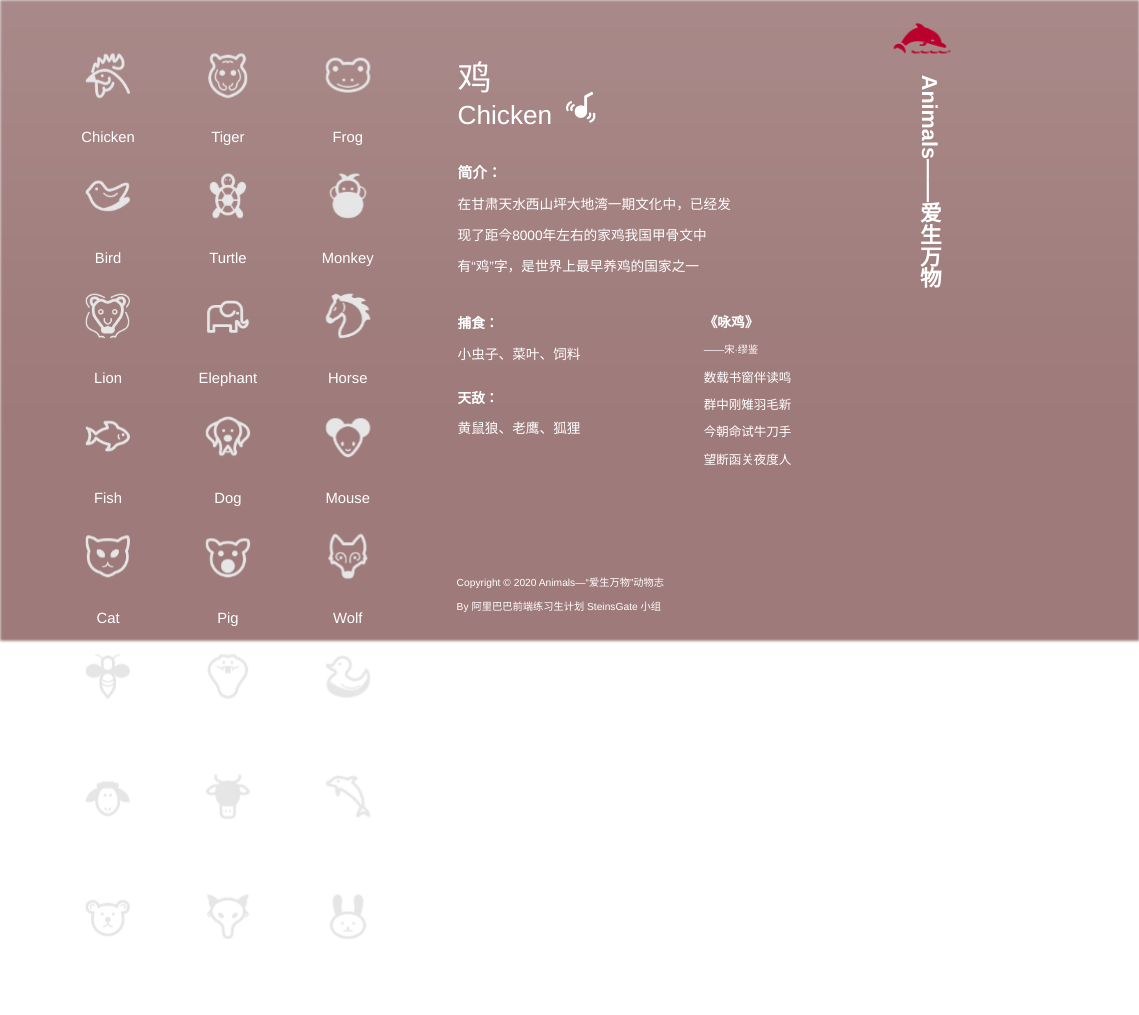
Repository: Whiskeyi/Animals
Page: /
An editor plug-in stored every save of this project. The page is shown before and after the next save, followed by the edit.
The browser window is 1280 px wide. The pictures show the whole page, at 89% of full size.
The project was rebuilt for these pictures with package versions that can differ from the ones it lists, and the page was loaded fresh each time.

Above is the page before, as saved 2021-11-18 23:06:34.

After the next save:
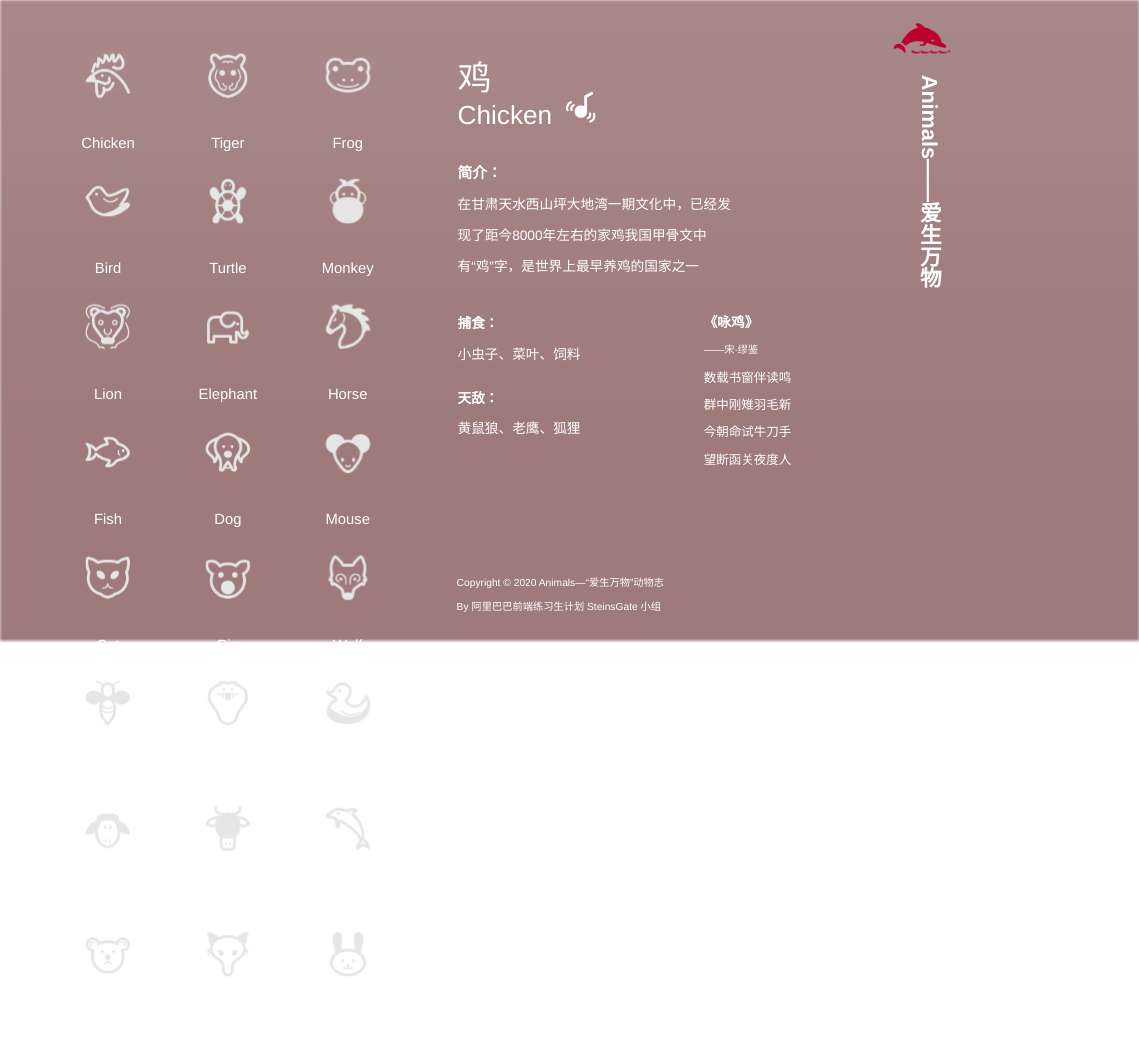
Saved 33 s later.
--- a/src/styles/flip.scss
+++ b/src/styles/flip.scss
@@ -8,6 +8,7 @@
     transition: transform 0.8s;
     /* 保留3D空间 */
     transform-style: preserve-3d;
+    font-size: 48px;
   }
 
   .word,
